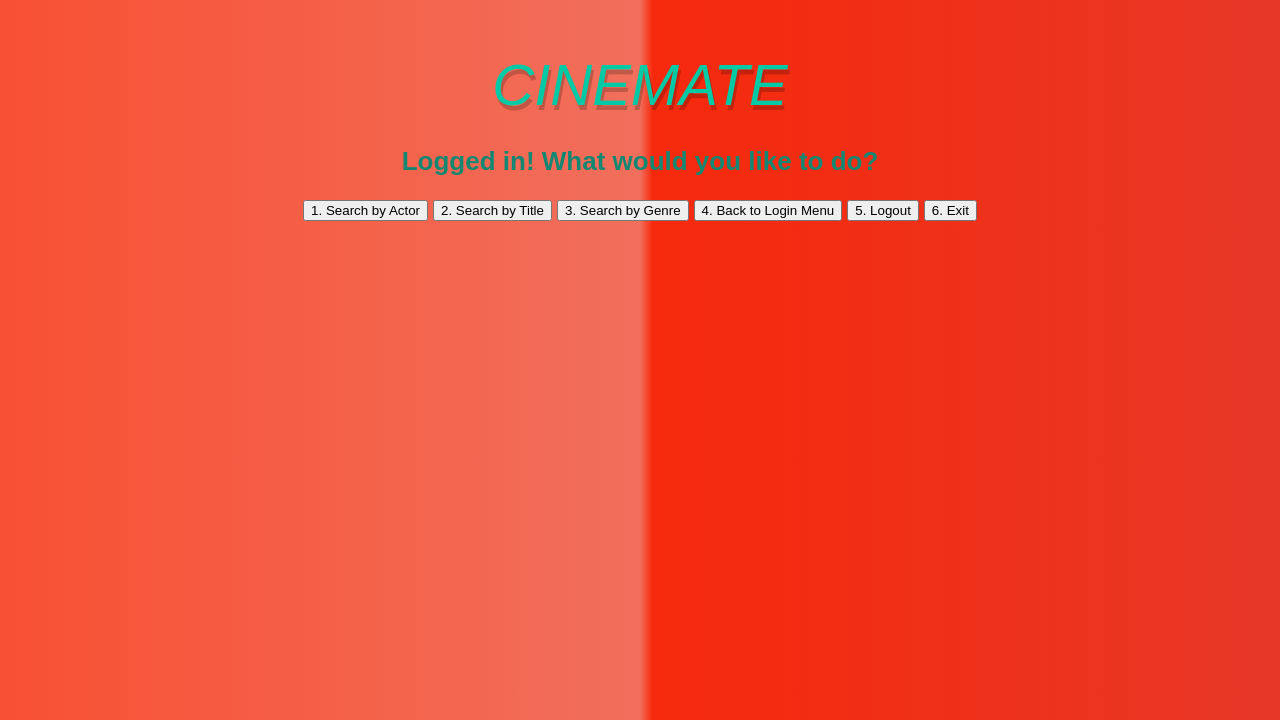
Repository: ir1998/cs201
Page: http://localhost/Assignment2/MovieSearchMenu.jsp
The author's editor kept a copy of each file at every save. The page is drawn from the files as they stood at one save, then again after a run of saves.
The browser window is 1280 px wide. The pictures show the whole page.
The page is served by Tomcat 9.

Above is the page before, as saved 2017-02-12 19:59:24.

After the next 2 saves:
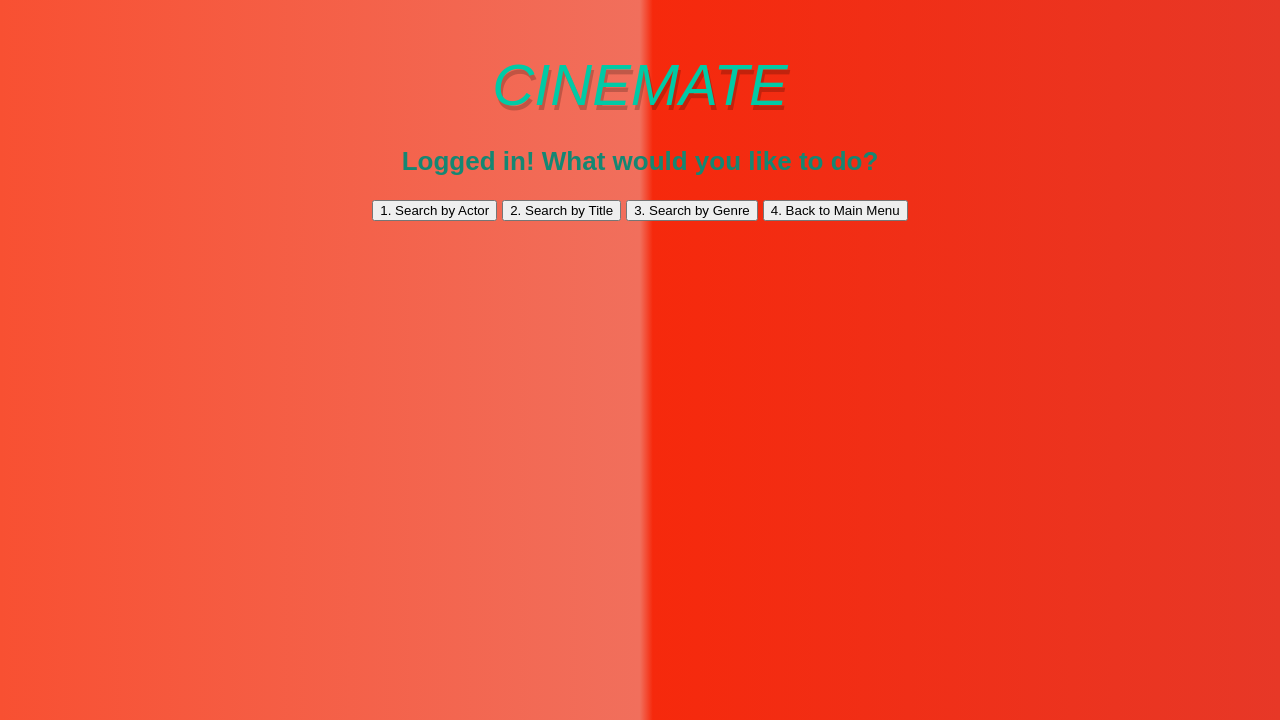
The 2 saves are shown as one change because they came seconds apart.
The last was saved 21 s later.
--- a/Assignment2/WebContent/MovieSearchMenu.jsp
+++ b/Assignment2/WebContent/MovieSearchMenu.jsp
@@ -13,9 +13,7 @@
 		<input type="submit" name="searchByActor" value="1. Search by Actor">
 		<input type="submit" name="searchByTitle" value="2. Search by Title">
 		<input type="submit" name="searchByGenre" value="3. Search by Genre">
-		<input type="submit" name="searchByActor" value="4. Back to Login Menu">
-		<input type="submit" name="logOut" value="5. Logout">
-		<input type="submit" name="exit" value="6. Exit">
+		<input type="submit" name="mainMenu" value="4. Back to Main Menu">
 	</form>
 </body>
 </html>
